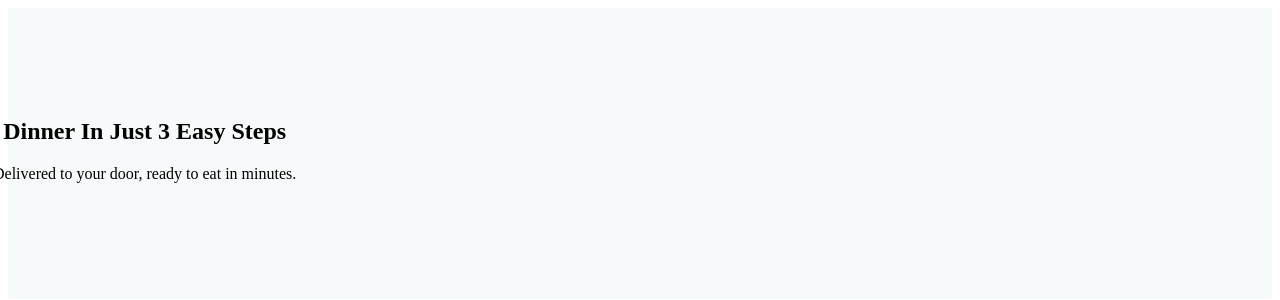
Repository: ST-United-Internship/leadpage
Page: card-UI.html
These files come from the project's save history. The page is drawn as it stood at one moment and after the next save; the edit follows.
The browser window is 1280 px wide. The pictures show the whole page.

Above is the page before, as saved 2023-03-15 14:43:23.

After the next save:
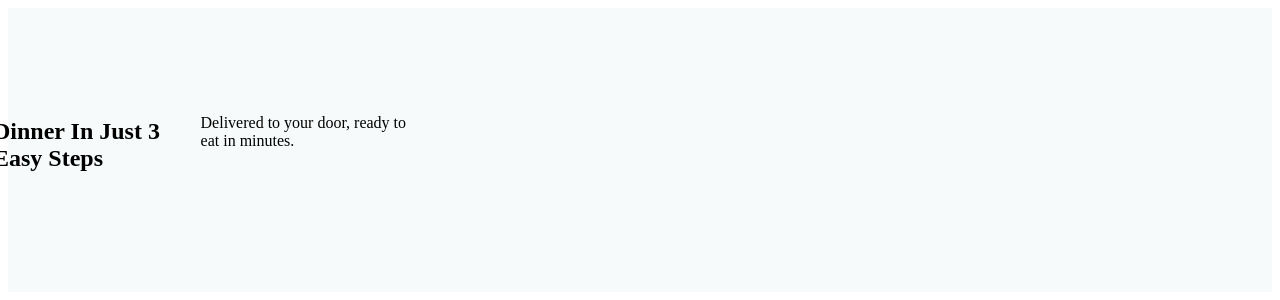
Saved 13 s later.
--- a/card-UI.html
+++ b/card-UI.html
@@ -14,9 +14,10 @@
             <!--begin title-->
             <div class="card">
                 <div class="columm">
+                    <h2>Dinner In Just 3 Easy Steps</h2>
+                    <p>Delivered to your door, ready to eat in minutes.</p>
                     <div class="title-text">
-                        <h2>Dinner In Just 3 Easy Steps</h2>
-                        <p>Delivered to your door, ready to eat in minutes.</p>
+
                     </div>
                 </div>
             </div>
